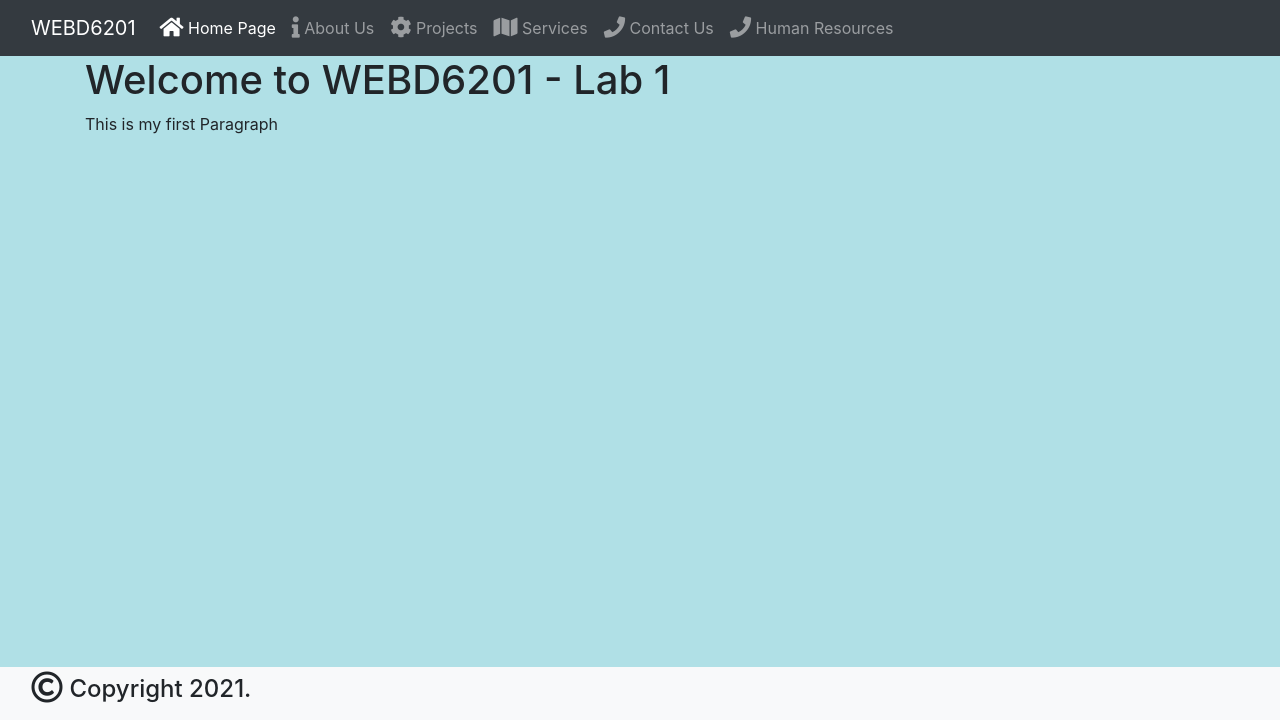
Repository: arbin6ix/ICE-2
Page: index.html
An editor plug-in stored every save of this project. The page is shown before and after the next save, followed by the edit.
The browser window is 1280 px wide. The pictures show the whole page.

Above is the page before, as saved 2021-02-05 21:07:16.

### index.html
<!DOCTYPE html>
<html lang="en">
<head>
    <meta charset="UTF-8">
    <meta name="viewport" content="width=device-width, initial-scale=1.0">
    <title>Home</title>
    <!-- CSS Section -->
    <link rel="stylesheet" href="./node_modules/bootstrap/dist/css/bootstrap.min.css">
    <link rel="stylesheet" href="./node_modules/@fortawesome/fontawesome-free/css/all.min.css">
    <link rel="stylesheet" href="./Content/app.css">
</head>
<body style="background-color:powderblue;">
    <!-- Main Header -->
    <header>
        <!-- Main Navigation -->
        <nav class="navbar navbar-expand-lg navbar-dark bg-dark">
            <div class="container-fluid">
              <a class="navbar-brand" href="index.html">WEBD6201</a>
              <button class="navbar-toggler" type="button" data-bs-toggle="collapse" data-bs-target="#navbarSupportedContent" aria-controls="navbarSupportedContent" aria-expanded="false" aria-label="Toggle navigation">
                <span class="navbar-toggler-icon"></span>
              </button>
              <div class="collapse navbar-collapse" id="navbarSupportedContent";>
                <ul class="navbar-nav me-auto mb-2 mb-lg-0">
                  <li class="nav-item">
                    <a class="nav-link active" aria-current="page" href="index.html"><i class="fas fa-home fa-lg"></i> Home Page</a>
                  </li>

                  <li class="nav-item">
                    <a class="nav-link" aria-current="page" href="about.html"><i class="fas fa-info fa-lg"></i> About Us</a>
                  </li>

                  <li class="nav-item">
                    <a class="nav-link" aria-current="page" href="projects.html"><i class="fas fa-cog fa-lg"></i> Projects</a>
                  </li>

                  <li class="nav-item">
                    <a class="nav-link" aria-current="page" href="services.html"><i class="fas fa-map fa-lg"></i> Services</a>
                  </li>

                  <li class="nav-item">
                    <a class="nav-link" aria-current="page" href="contact.html"><i class="fas fa-phone fa-lg"></i> Contact Us</a>
                  </li>
                  <li class="nav-item">
                    <a class="nav-link" aria-current="page" href="human-resources.html"><i class="fas fa-phone fa-lg"></i> Human Resources</a>
                  </li>
                </ul>
              </div>
            </div>
          </nav>
    </header>

    <!-- Main Content -->

    <main class="container">
        <h1>Welcome to webD6201 6201</h1>
        <p id="paragraphOne"></p>
    </main>

    <!-- Main Footer -->
    <footer>
        <nav class="navbar fixed-bottom navbar-light bg-light">
            <div class="container-fluid">
              <h4><i class="far fa-copyright fa-lg"></i> Copyright 2021.</h4>
            </div>
          </nav>
    </footer>

    <!-- Script Section-->
    <script src="./node_modules/jquery/dist/jquery.min.js"></script>
    <script src="./node_modules/bootstrap/dist/js/bootstrap.bundle.min.js"></script>
    <script src="./Scripts/app.js"></script>
</body>
</html>

### Scripts/app.js
/* custom JavaScript goes here */

//IIFE - Immediately Invoked Function Expression
//AKA - Anonymous Self-Executing Function
//Closure - limits scope leak

"use strict";
//Contact Class


(function()
{
    function displayHome()
    {
        let paragraphOneText =
          "This is a simple site to demonstrate DOM Manipulation for ICE 2";

        let paragraphOneElement = document.getElementById("paragraphOne");

        paragraphOneElement.textContent = paragraphOneText;
        paragraphOneElement.className = "fs-5";

        // Step 1. document.createElement
        let newParagraph = document.createElement("p");
        // Step 2. configure the element
        newParagraph.setAttribute("id", "paragraphTwo");
        newParagraph.textContent = "...And this is paragraph two";
        // Step 3. select the parent element
        let mainContent = document.getElementsByTagName("main")[0];
        // Step 4. Add / Insert the element
        mainContent.appendChild(newParagraph);

        newParagraph.className = "fs-6";

        // another way of injecting content
        let paragraphDiv = document.createElement("div");
        let paragraphThree = `<p id="paragraphThree" class="fs-7 fw-bold">And this is the Third Paragraph</p>`;
        paragraphDiv.innerHTML = paragraphThree;

        // insertions

        // example of inserting before a node
        //newParagraph.before(paragraphDiv);

        // example of inserting after a node
        newParagraph.after(paragraphDiv);

        // deletions

        // example of removing a single element
        //paragraphOneElement.remove();

        // example of removeChild
        mainContent.removeChild(paragraphOneElement);

        // update / modification
        //mainContent.firstElementChild.textContent = "Welcome Home!";

        mainContent.innerHTML = `<h1 id="firstHeading">Welcome to WEBD6201 - Lab 1</h1>
         <p id="paragraphOne" class="fs-3 fw-bold">This is my first Paragraph</p>
        `;

    }

    function displayAbout()
    {

    }

    function displayProjects()
    {

    }

    function displayServices()
    {

    }

    function displayContact()
    {
        let messageArea = document.getElementById("messageArea");
        messageArea.hidden = true;

        // form validation
        let fullName = document.getElementById("fullName");
        fullName.addEventListener("blur", function() {
            if(fullName.value.length < 2)
            {
                fullName.focus();
                fullName.select();
                messageArea.hidden = false;
                messageArea.className = "alert alert-danger";
                messageArea.textContent = "Please enter an appropriate Name";
            }
            else
            {
                messageArea.removeAttribute("class");
                messageArea.hidden = true;
            }
        });

        let sendButton = document.getElementById("sendButton");
        sendButton.addEventListener("click", function(event){
            //event.preventDefault();


            let contact = new Contact(fullName.value, contactNumber.value, emailAddress.value);
              localStorage.setItem((localStorage.length + 1).toString(), contact.serialize());







        });
    }

    function displayContactList()
    {
      if (localStorage.length > 0)
      {
        let contactList = document.getElementById("contactList");

        let data = "";

        for (let index = 0; index < localStorage.length; index++)
        {
          let contactData = localStorage.getItem((index + 1).toString());

          let contact = new Contact();
          contact.deserialize(contactData);

          data += `<tr>
          <th scope="row">${index + 1}</th>
          <td>${contact.FullName}</td>
          <td>${contact.ContactNumber}</td>
          <td>${contact.EmailAddress}</td>
        </tr>`;
        }

        contactList.innerHTML = data;
      }
    }



    function Start()
    {
        console.log("App Started...");

        switch (document.title)
        {
          case "Home":
              displayHome();
            break;
          case "About":
              displayAbout();
            break;
          case "Projects":
              displayProjects();
            break;
          case "Services":
              displayServices();
            break;
          case "Contact":
              displayContact();
            break;
          case "Contact-List":
            displayContactList();
          break;
        }

    }

    window.addEventListener("load", Start);

})();

Loaded but not shown: node_modules/bootstrap/dist/css/bootstrap.min.css (library); node_modules/@fortawesome/fontawesome-free/css/all.min.css (library); Content/app.css (common file); node_modules/jquery/dist/jquery.min.js (library); node_modules/bootstrap/dist/js/bootstrap.bundle.min.js (library)

After the next save:
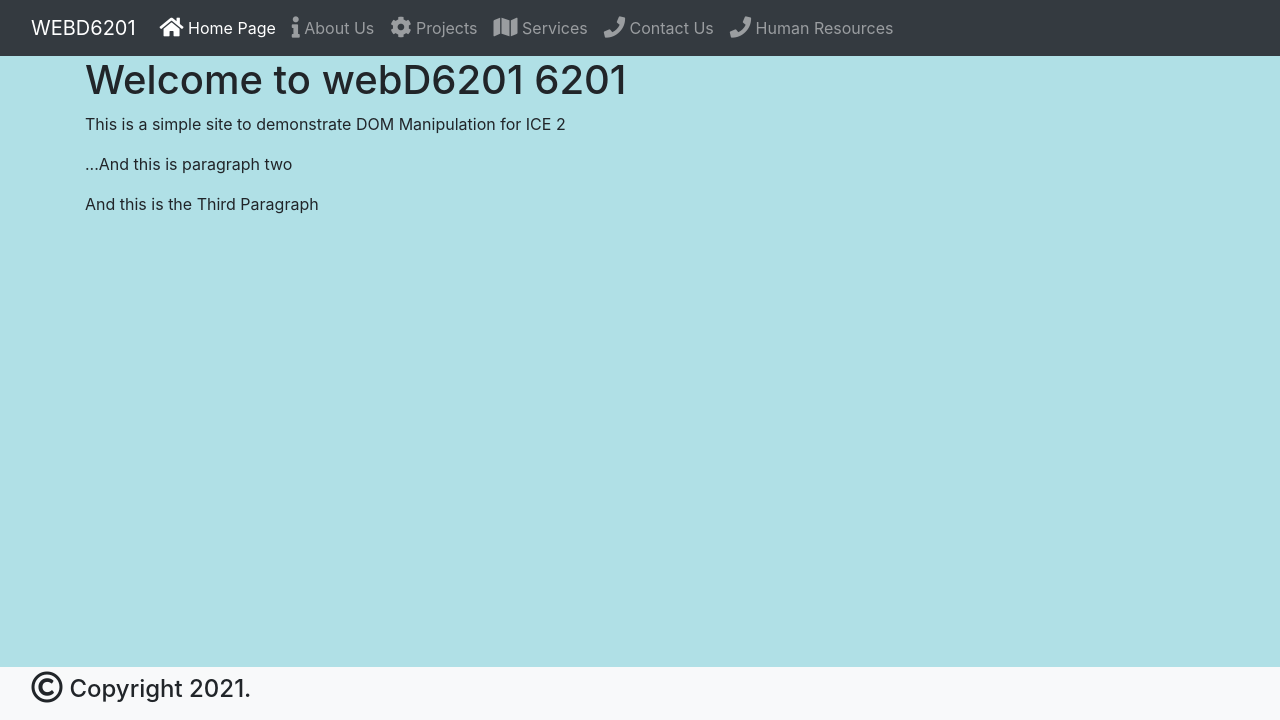
Console error (its wording comes from the project's code and is left out).
Saved 94 s later.
--- a/index.html
+++ b/index.html
@@ -52,9 +52,12 @@
     <!-- Main Content -->
 
     <main class="container">
+      <div class="style="background-image: url('images/matrix.jpg');">
         <h1>Welcome to webD6201 6201</h1>
         <p id="paragraphOne"></p>
+      </div>
     </main>
+
 
     <!-- Main Footer -->
     <footer>

After the save that followed:
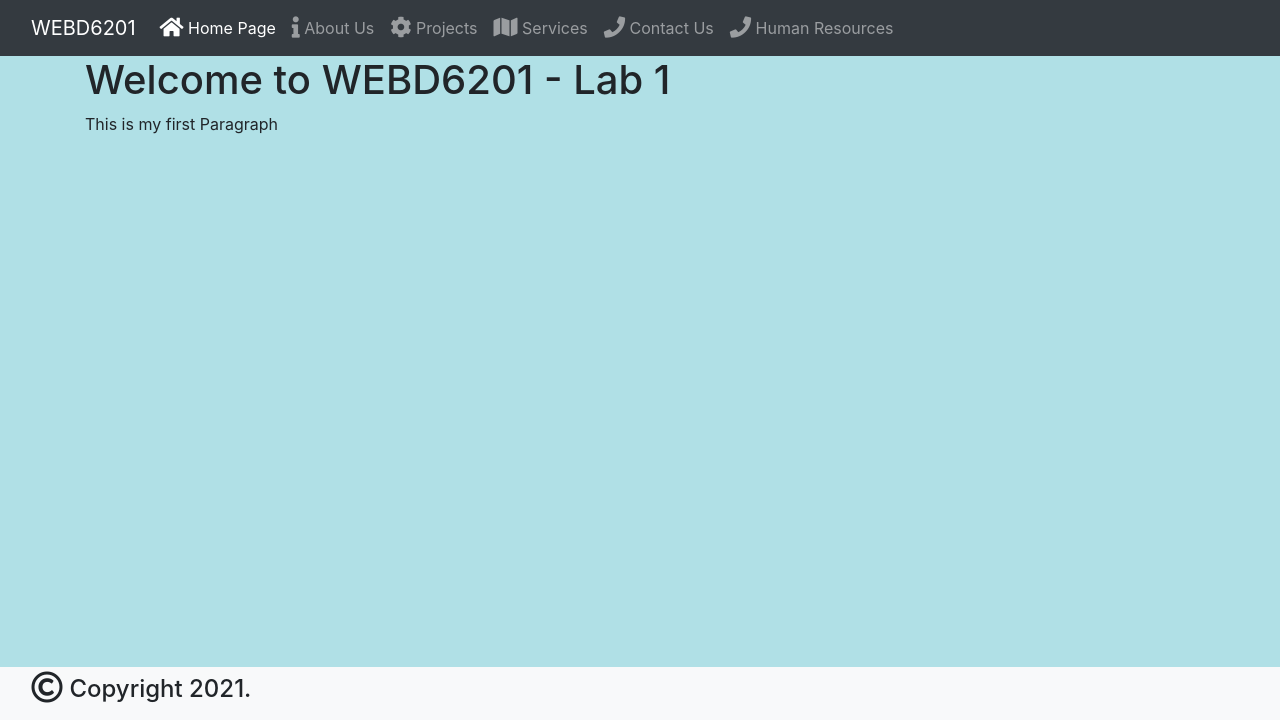
The error is gone.
Saved 25 s later.
--- a/index.html
+++ b/index.html
@@ -52,10 +52,10 @@
     <!-- Main Content -->
 
     <main class="container">
-      <div class="style="background-image: url('images/matrix.jpg');">
+
         <h1>Welcome to webD6201 6201</h1>
         <p id="paragraphOne"></p>
-      </div>
+
     </main>
 
 
